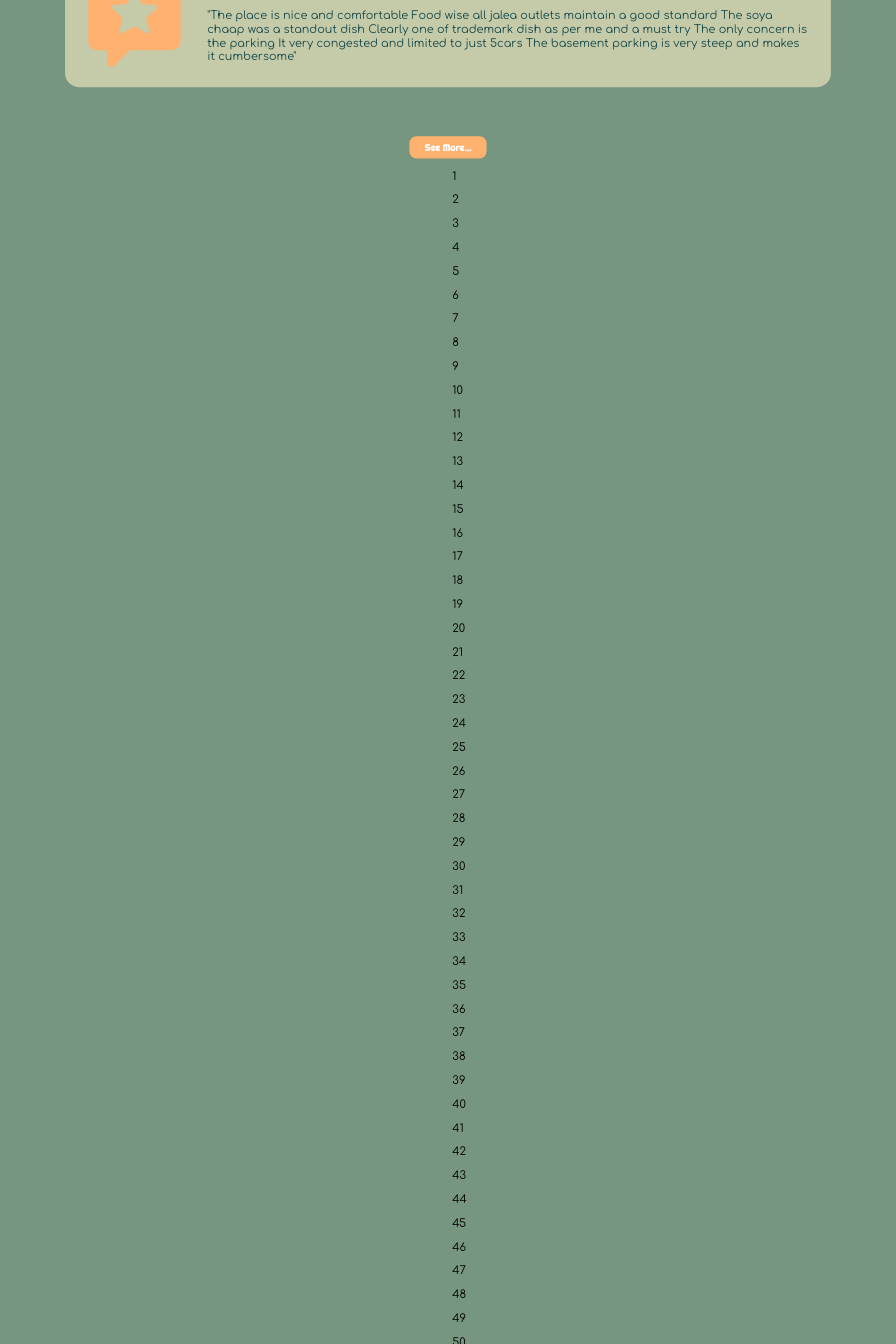
Repository: shaelorch/spillit
Page: /findASpot
An editor plug-in stored every save of this project. The page is shown before and after the next save, followed by the edit.
The browser window is 1280 px wide. The pictures show the part of the page from y = 2661 to 4581 px (the page is 9802 px tall before and 6602 px after), at 70% of full size.
The project was rebuilt for these pictures with package versions that can differ from the ones it lists, and the page was loaded fresh each time. The framework's server and built-in components were replaced by stand-ins that run in the browser. Also part of the build but not shown: next.config.js, components/HeroCont.js, components/Button.js, components/Header.js, components/popMenu.js.

Above is the page before, as saved 2023-02-20 14:25:36.

After the next save:
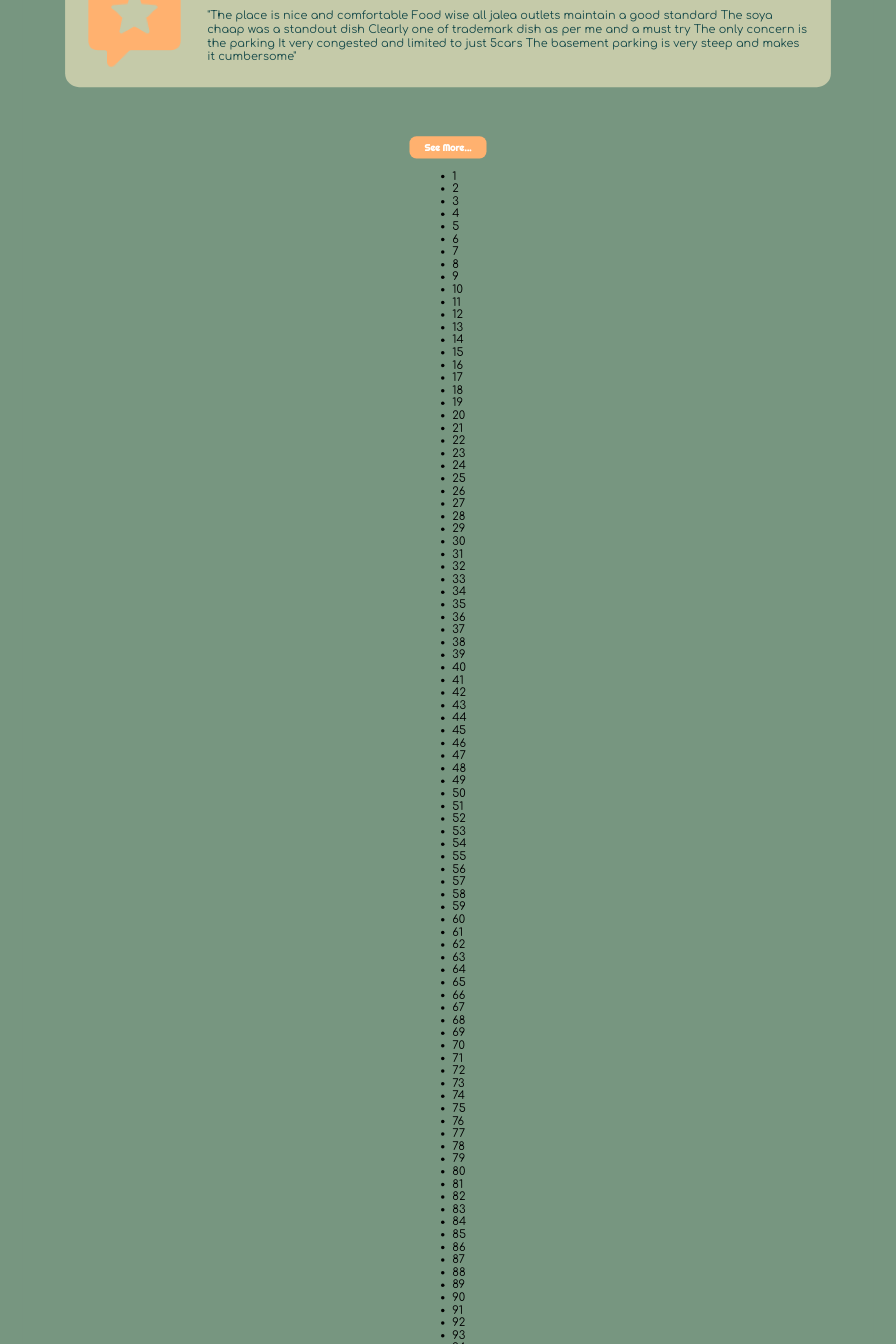
Saved 21 s later.
--- a/components/Pagnation.js
+++ b/components/Pagnation.js
@@ -11,11 +11,11 @@ export default function Pagnation({ postsPerPage, totalPosts}){
         <nav>
             <ul className="pagnation">
                 {pageNumbers.map(number => (
-                    <p key={number} className="page-item">
+                    <li key={number} className="page-item">
                         <a href="!#" className="page-link">
                             {number}
                         </a>
-                    </p>
+                    </li>
                 ))}
             </ul>
         </nav>
